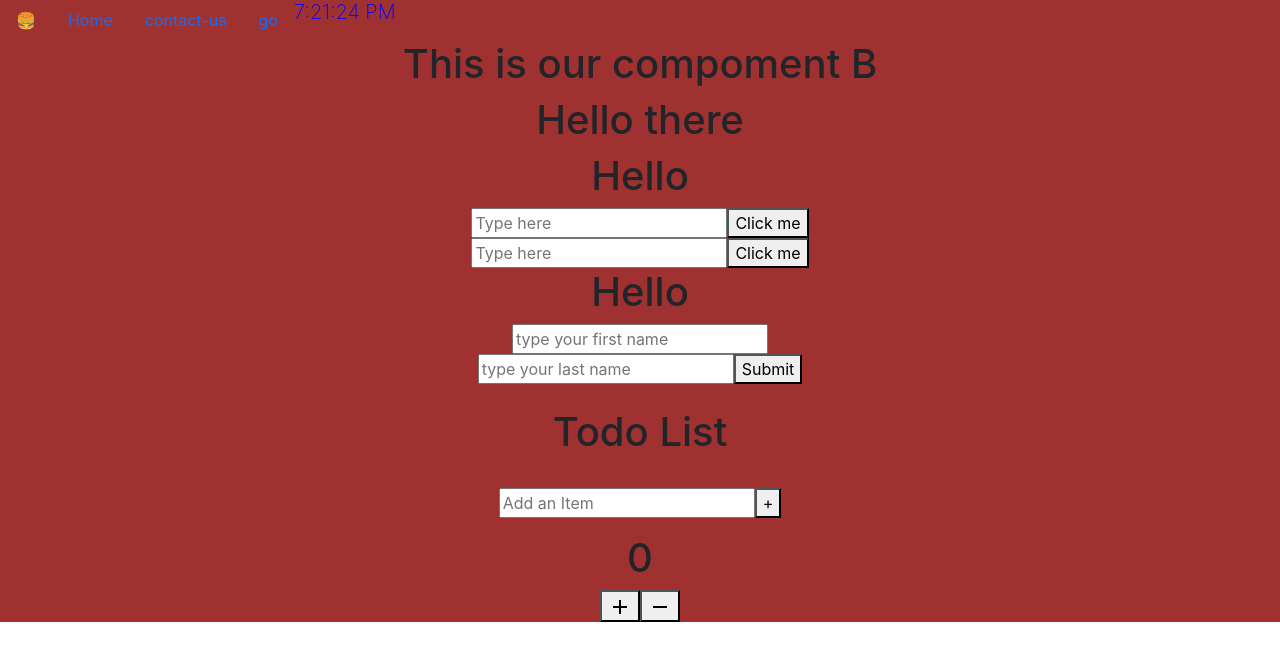
Repository: shah-zx/React-learning
Page: /
The author's editor kept a copy of each file at every save. The page is drawn from the files as they stood at one save, then again after the next save.
The browser window is 1280 px wide. The pictures show the whole page.
Some web libraries are served in a nearby version. The project was rebuilt for these pictures with package versions that can differ from the ones it lists, and the page was loaded fresh each time. Also part of the build but not shown: src/components/Greet.js, src/components/Welcome.js, src/components/Swagat.js, src/components/Namaste.js, src/components/Hello.js, src/components/ayiye.js, src/components/Message.js, src/components/Thought.js and 48 more. Imported but missing from the stored project, and not drawn on this page: src/components/Indexaskeyantipattern.

Above is the page before, as saved 2021-11-20 12:20:26.

### public/index.html
<!DOCTYPE html>
<html lang="en">
  <head>
    <meta charset="utf-8" />
    <link rel="icon" href="%PUBLIC_URL%/favicon.ico" />
    <meta name="viewport" content="width=device-width, initial-scale=1" />
    <meta name="theme-color" content="#000000" />
    <meta
      name="description"
      content="Textutility is a text based utility whuc can be used to manipulate your text in way you want"
    />
    <link rel="stylesheet" href="https://pro.fontawesome.com/releases/v5.10.0/css/all.css" integrity="sha384-AYmEC3Yw5cVb3ZcuHtOA93w35dYTsvhLPVnYs9eStHfGJvOvKxVfELGroGkvsg+p" crossorigin="anonymous"/>
    <link rel="apple-touch-icon" href="%PUBLIC_URL%/logo192.png" />
    <!--
      manifest.json provides metadata used when your web app is installed on a
      user's mobile device or desktop. See https://developers.google.com/web/fundamentals/web-app-manifest/
    -->
    <link rel="manifest" href="%PUBLIC_URL%/manifest.json" />
    <!--Bootstrap CSS-->
    <link href="https://cdn.jsdelivr.net/npm/bootstrap@5.1.3/dist/css/bootstrap.min.css" rel="stylesheet" integrity="sha384-1BmE4kWBq78iYhFldvKuhfTAU6auU8tT94WrHftjDbrCEXSU1oBoqyl2QvZ6jIW3" crossorigin="anonymous">
    <!--
      Notice the use of %PUBLIC_URL% in the tags above.
      It will be replaced with the URL of the `public` folder during the build.
      Only files inside the `public` folder can be referenced from the HTML.

      Unlike "/favicon.ico" or "favicon.ico", "%PUBLIC_URL%/favicon.ico" will
      work correctly both with client-side routing and a non-root public URL.
      Learn how to configure a non-root public URL by running `npm run build`.
    -->
    <title>Infuzex</title>
  </head>
  <body>
    <noscript>You need to enable JavaScript to run this app.</noscript>
    <div id="root"></div>
    <div id="portal-root"></div>

    <!--
      This HTML file is a template.
      If you open it directly in the browser, you will see an empty page.

      You can add webfonts, meta tags, or analytics to this file.
      The build step will place the bundled scripts into the <body> tag.

      To begin the development, run `npm start` or `yarn start`.
      To create a production bundle, use `npm run build` or `yarn build`.
    -->
    <!--Bootstrap JS-->
  <script src="https://cdn.jsdelivr.net/npm/bootstrap@5.1.3/dist/js/bootstrap.bundle.min.js" integrity="sha384-ka7Sk0Gln4gmtz2MlQnikT1wXgYsOg+OMhuP+IlRH9sENBO0LRn5q+8nbTov4+1p" crossorigin="anonymous"></script>
 </body>
</html>

### src/App.js
import logo from './logo.svg';
import './App.css';
import React, { useState } from 'react';
import Greet from './components/Greet'
import Welcome from './components/Welcome'
import Swagat from './components/Swagat'
import Namaste from './components/Namaste'
import Hello from './components/Hello'
import Ayiye from './components/ayiye';
import Message from './components/Message'
import Thought from './components/Thought'
import Counter from './components/Counter'
import Functionalclick from './components/Functionalclick'
import Eventbind from './components/Eventbind'
import ParentComponent from './components/ParentComponent';
import CoditionalRendering from './components/CoditionalRendering';
import Namelist from './components/Namelist';
import Indexaskeyantipattern from './components/Indexaskeyantipattern'
import Stylesheet from './components/Stylesheet'
import Inline from './components/Inline'
import './appStyles.css'
import styles from './appStyles.module.css'
import Form from './components/Form';
import Fragments from './components/Fragments';
import Tables from './components/Tables';
import Columns from './components/Columns';
import Purecomponents from './components/Purecomponents'
import Parentcomp from './components/Parentcomp';
import MemoComp from './components/MemoComp'
import RefsDemo from './components/RefsDemo';
import Focusinput from './components/Focusinput'
import FRparentinput from './components/FRparentinput';
import Portaldemo from './components/Portaldemo'
import Practice1 from './components/Practice1';
import Practice2 from './components/Practice2';
import Clickcounter from './components/Clickcounter';
import HoverCount from './components/HoverCount'
import Componentone from './components/Componentone'
import ClickcounterTwo from './components/ClickcounterTwo';
import HovercounterTwo from './components/HovercounterTwo'
import Hovering from './components/Hovering';
import User from './components/User'
import Counterforcountandhover from './components/Counterforcountandhover';
import Navbar from './components/Navbar';
import TextForm from './components/TextForm';
import About from './components/About';
import Alert from './components/Alert';
import {
  BrowserRouter as Router,
  Switch,
  Route,
  Link

} from "react-router-dom";
import One from './practice_components/One';
import Alert_pr from './practice_components/Alert_pr';
import Footer from './components/Footer';
import Textarea from './practice_components/Textarea';
import NotesState from '../src/context/notes/NotesState'
import Hooks from './practice_components/Hooks';
import Time from './practice_components/Time';
import Dclock from './practice_components/Dclock';
import Handlingevents from './practice_components/Handlingevents'
import Forms from './practice_components/Forms';
import Login from './practice_components/Login';
import Todo from './practice_components/Todo'
import Count from './components/Count';
import CountA from '../src/contextApi/CountA'
import CountC from '../src/contextApi/CountC'
function App() {
  // const [darkMode , setDarkMode] = useState(false)  // Wether dark mode is enabled or disabled //
  const [alert, setAlert] = useState(null);  // This is used for setting the state //
  const showAlert = (message, type) => {    // This is for showing the alert

    setAlert({
      msg: message,
      type: type
    })
    setTimeout(() => {  // This will help us to fade out the text message after 2 seconds //
      setAlert(null);
    }, 2000);
  }

  return (
    <>
    <NotesState>
      <Router>

        <div className="App">
          {

            <Navbar title= "🍔" Abouttext="Home" cont="contact-us" hello="go" />
       // Passing the props //
      /*      <Greet name = "hamza" heroName = "Batman"/>
      {/* <Greet name = ""  <Greet name = "shahnawaz" superName = "Superman"/>
      <Greet name = "rahul" wonderName = "women"/>

      {/*<Welcome />
      <Swagat />
      <Namaste />
      <Hello />
      <Ayiye naam="shahnawaz" elder="Brother" />
      <Ayiye naam="hamza" younger="Brother" /> */}
          {/* <Greet name="shahnawaz" heroName="Batman" /> */}
          {/* <Greet /> */}
          {/* <Welcome name="Hamza" heroName="Superman" /> */}
          {/* <Message />
      <Thought />
      <Counter /> */}
          {/* <ParentComponent /> */}
          {/* <Functionalclick /> */}
          {/* <Eventbind /> */}
          {/* <CoditionalRendering /> */}
          {/* <Namelist />  */}
          {/* <Indexaskeyantipattern /> */}
          {/* <Stylesheet primary = {true} />
      <Inline />
      <h1 className='error'>Error</h1>
      <h1 className={styles.success}>Success</h1>
      <Form /> */}
          {/* <Purecomponents /> */}
          {/* <Fragments /> */}
          {/* <Tables /> */}
          {/* <Parentcomp /> */}
          {/* <MemoComp /> */}
          {/* <Practice1 naam="romeo" herokanaam="billu" /> */}
          {/* <Hello />
      <RefsDemo />
      <Focusinput />
      <FRparentinput />
      <Portaldemo /> */}
          {/* <Practice2 /> */}
          {/* <Clickcounter /> */}
          {/* <HoverCount /> */}
          {/* <Componentone /> */}
          {/* <ClickcounterTwo /> */}
          {/* <HovercounterTwo /> */}
          {/* <Hovering /> */}
          {/* <User render={(isLoggedIn) => isLoggedIn ? 'Rendered' : 'Guest'} />   */}
          {/* <Counterforcountandhover render = {(count , incrementCount) => <ClickcounterTwo count = {count} incrementCount = {incrementCount}/> }/> */}
          {/* <Counterforcountandhover render = {(count , incrementCount) => <Hovering count = {count} incrementCount = {incrementCount}/> }/> */}
          {/* <Hooks/>
          <Time /> */}
          <CountA/>
          <CountC/>
          <Forms/>
          {/* <Handlingevents /> */}
          <Login />
          <Todo />
          <Count />
          <Alert alert={alert} />
          {/* <div className="alert">
            <Alert_pr showAlert={showAlert} />
          </div>
          <div classname="greet">
            <Greet />
          </div>
          <div className="container my-3" >
            <Switch>
              <Route path="/about">
                <About />
                {/* <Ayiye/> */}
              {/* </Route>
              <Route path="/">
                <TextForm showAlert={showAlert} heading="Enter the text to see :" />
                <div className="txt">
                  <Textarea st="checkbox"/>
                </div>
                <div className="red_card">
                  <One />
                  <div className="container">
                    <Footer heading = "Footer" link1 = "Facebook" ls = "Twitter" oneLink = "Instagram" secLink = "LinkedIn"/>
                  </div>
                </div>
              </Route>
            </Switch>
            {/* <About /> */}
          </div>
          {/* <About /> */}
        {/* </div> */}
      </Router>
    </NotesState>
    </>
  );
}

export default App;  // This is the place where we have exported our App //

// Functional components : takes properties ( a js function takes the props and returns the jsx code --> HTML code )
// As soon as we import the Greet Component we have to import it to our main App.js and use it as an html tag
// Class components : They can also recieve input as props and retun html code
// It can maintain some data private to that component
// The user component will make sure the user is logged in or not

### src/App.css
.App {
  text-align: center;
  background-color: rgb(160, 49, 49);
}

.App-logo {
  height: 40vmin;
  pointer-events: none;
}

@media (prefers-reduced-motion: no-preference) {
  .App-logo {
    animation: App-logo-spin infinite 20s linear;
  }
}

.App-header {
  background-color: #282c34;
  min-height: 100vh;
  display: flex;
  flex-direction: column;
  align-items: center;
  justify-content: center;
  font-size: calc(10px + 2vmin);
  color: white;
}

.App-link {
  color: #61dafb;
}

@keyframes App-logo-spin {
  from {
    transform: rotate(0deg);
  }
  to {
    transform: rotate(360deg);
  }
}

/*
.red_card {
  display: flex;
  flex-wrap: wrap;
} */

.container {
  margin-top: 2em;
}
.time{
  font-weight: 200;
}

### src/components/Navbar.js
// Here we are making a navbar component //

import React from 'react'
import PropTypes from 'prop-types' // Importing the proptypes from props //
import {Link} from 'react-router-dom' // Importing the Link  , thing to remember : exporting not as DEFAULT //
import Dclock from '../practice_components/Dclock'
export default function Navbar(props) {

    return (
      <>
        <ul className="nav">
        <li className="nav-item">
          <Link className="nav-link active" aria-current="page" to="/">{props.title}</Link>
        </li>
        <li className="nav-item">
          <Link className="nav-link" to="about">{props.Abouttext}</Link>
        </li>
        <li className="nav-item">
          <Link className="nav-link" to="/">{props.cont}</Link>
        </li>
        <li className="nav-item">
          <a className="nav-link">{props.hello}</a>
        </li>
        <li>
      <Dclock/>
        </li>
      </ul>
      </>
    )
}
Navbar.propTypes = {      // These are our navbar properties //
                      title : PropTypes.string.isRequired ,
                      Abouttext : PropTypes.string
                   }

Navbar.defaultProps = {title : 'set title here' ,
                        Abouttext : 'set abouttext here'
                    }

### src/context/notes/NotesState.js
import react, { useState } from 'react';
import noteContext from './noteContext'

const NotesState = (props) => {
    const s1 = {
        "name": "Shahnawaz",
        "class": "5a"
    }
    const [state, setState] = useState(s1)
    const update = () => {
        setTimeout(() => {
            setState({
                "name": "hamza",
                "class": "12a"
            })
        }, 3000);
    }
    return (
        <noteContext.Provider value={{ state, update }}>
            {props.children}
        </noteContext.Provider>


    )
}

export default NotesState;

### src/practice_components/Dclock.jsx
import React , {useState} from 'react'

function Dclock() {

   let time = new Date().toLocaleTimeString();

   const[ctime , setTime] = useState(time)

   const updateTime = () => {
      let newtime = new Date().toLocaleTimeString();
      setTime(newtime)
   }

   setInterval(updateTime,1000) // This function will take a call back function and the interval after which the event will take place

    return (
        <>
            <h3 className = "time" style={{color : "blue" , fontSize : "20px"}}>{ctime}</h3>
        </>
    )
}

export default Dclock

### src/practice_components/Forms.jsx
import React, { useState } from 'react'



function Forms() {

    const [fullName, setfullName] = useState({
        fname : "" ,
        lname : "" ,
    });

    const inputEvent = (event) => {  // We are passing the text we will be weiting in the input in an object called event
        // setName(event.target.value)
    };

    const onSubmits = (event) => {
        event.preventDefault();
        alert('Form submitted successfully')
    }


    const handleChange = () => {
        // setFullName(name);
    }
    return (
        <>
        <div className="main_div">
        <form onSubmit = {onSubmits}>
            <h1>Hello {fullName.fname} {fullName.lname}</h1>
            <input type="text"
                placeholder="Type here"
                value={fullName.fname}
                onChange={inputEvent}
                name = "fname">
                </input>
            <button onClick={handleChange}
                type="submit">Click me </button>
            <br />
            <input type="text"
                placeholder="Type here"
                value={fullName.lname}
                onChange={inputEvent}
                name = "lname"
                >
                </input>
            <button onClick={handleChange}
                type="submit">Click me </button>
                </form>
                </div>
        </>
    )
}

export default Forms

// Note : as we do for button , which is onClick , we do for input field also : that is onChange
//    console.log(event.target.value)  // accessing our text

### src/practice_components/Login.jsx
import React, { useState } from 'react'

function Login() {

  const [name, setName] = useState("")

  const [lastName, setLastName] = useState("");

  const [fullName, setfullName] = useState("")

  const [lastNamenew , setlastNamenew] = useState("")

  const onSubmits = (event) => {
    event.preventDefault();  // This will help in preventing the default behaviour of the form
    setfullName(name)
    setlastNamenew(lastName)
  }

  const handleThat = (event) => {
    setName(event.target.value);
  }

  const handleThattwo = (event) => {
    setLastName(event.target.value)
  }

  return (
    <>
      <div className="main_div">
        <form onSubmit={onSubmits}>
          <h1>Hello {fullName} {lastNamenew}</h1>
          <input
            onChange={handleThat}
            type="text"
            placeholder="type your first name"
            value={name}>
          </input>
          <br/>
          <input
          type = "text"
          onChange = {handleThattwo}
          placeholder = "type your last name"
          value = {lastName}>
          </input>
          <button type="submit">Submit</button>
        </form>
      </div>
    </>
  )
}

export default Login

### src/practice_components/Todo.js
import React ,{useState} from 'react'
import Todolist from './Todolist'

function App() {


    const [liText , setliText] = useState("")
    const [lists , setList] = useState([])

    const deleteItems = (id) => {
        console.log("deleted")
        setList((lists) => {
            return lists.filter((arrElem , index) => {
             return index !== id
            })
        })
    }

    const handleChange = (event) => {

        // console.log(event.target.value)
        setliText(event.target.value)
    }
    const handleClick = (event) => {
        setList([...lists , liText])   // Here we are providing the array with the strings (i.e , lists is the arrayand litext is the item)
        setliText(event.target.value)
    }

    return (
        <div className="main_div">
        <div className="center_div">
            <br />
            <h1>Todo List</h1>
            <br />
            <input type="text" className="" placeholder = "Add an Item" onChange={handleChange}/>
            <button onClick = {handleClick}> + </button>
            <ol>
            {lists.map((li , index) => {
               return <Todolist
               key = {index}
               id = {index}
               text = {li}
               onSelect = {deleteItems}
               />
            })}
            </ol>
        </div>

        </div>
    )
}

export default App

### src/components/Count.js
import React, { useState } from 'react'
import AddIcon from '@mui/icons-material/Add';
import RemoveIcon from '@mui/icons-material/Remove';
function Count() {


    // let count = 0;

    const [count, setCount] = useState(0)

    const handleClick = () => {
        console.log("Increased")
        setCount(count + 1)
    }

    const handleClick2 = () => {
        console.log("decreased")
        setCount(count - 1)
    }



    return (
        <div>
            <h1>{count}</h1>
            <button onClick={handleClick}>
            <AddIcon />
            </button>
            <button onClick={handleClick2}>
            <RemoveIcon />
            </button>
        </div>
    )
}

export default Count

### src/contextApi/CountA.jsx
import React  , { createContext } from 'react'
import CountB from './CountB'
const FirstName = React.createContext();


function countA() {
    return (
        <FirstName.Provider value={"Shahnawaz"}>
         <CountB />
      </FirstName.Provider>
    )
}

export default countA
export {FirstName}

### src/contextApi/CountC.jsx
import React from 'react'
import { FirstName } from './CountA'
function CountC() {
    return (
        <>
            <FirstName.Consumer>
             {(fname) => {
                return <h1>Hello there {fname}</h1>
            }}
            </FirstName.Consumer>
        </>
    )
}

export default CountC

### src/context/notes/noteContext.js
import { createContext } from "react";
const noteContext = createContext();   // Here we craeted a new context which will hold our states


export default noteContext;


// Here we have formed the context API

### src/contextApi/CountB.jsx
import React   from 'react'


function countB() {
    return (
        <div>
            <h1>This is our compoment B</h1>
        </div>
    )
}

export default countB

Loaded but not shown: src/index.js (common file); src/index.css (common file); src/reportWebVitals.js (common file)

After the next save:
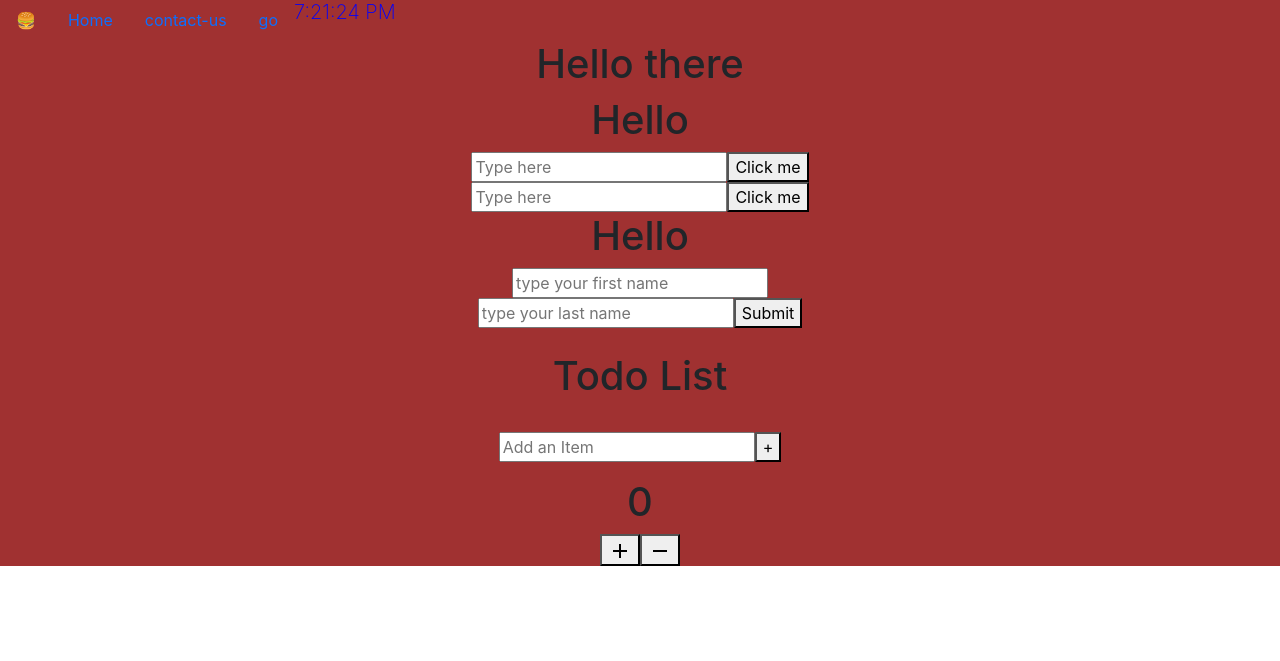
Saved 6 min 41 s later.
--- a/src/App.js
+++ b/src/App.js
@@ -141,7 +141,7 @@ function App() {
           {/* <Counterforcountandhover render = {(count , incrementCount) => <Hovering count = {count} incrementCount = {incrementCount}/> }/> */}
           {/* <Hooks/>
           <Time /> */}
-          <CountA/>
+          {/* <CountA/> */}
           <CountC/>
           <Forms/>
           {/* <Handlingevents /> */}
